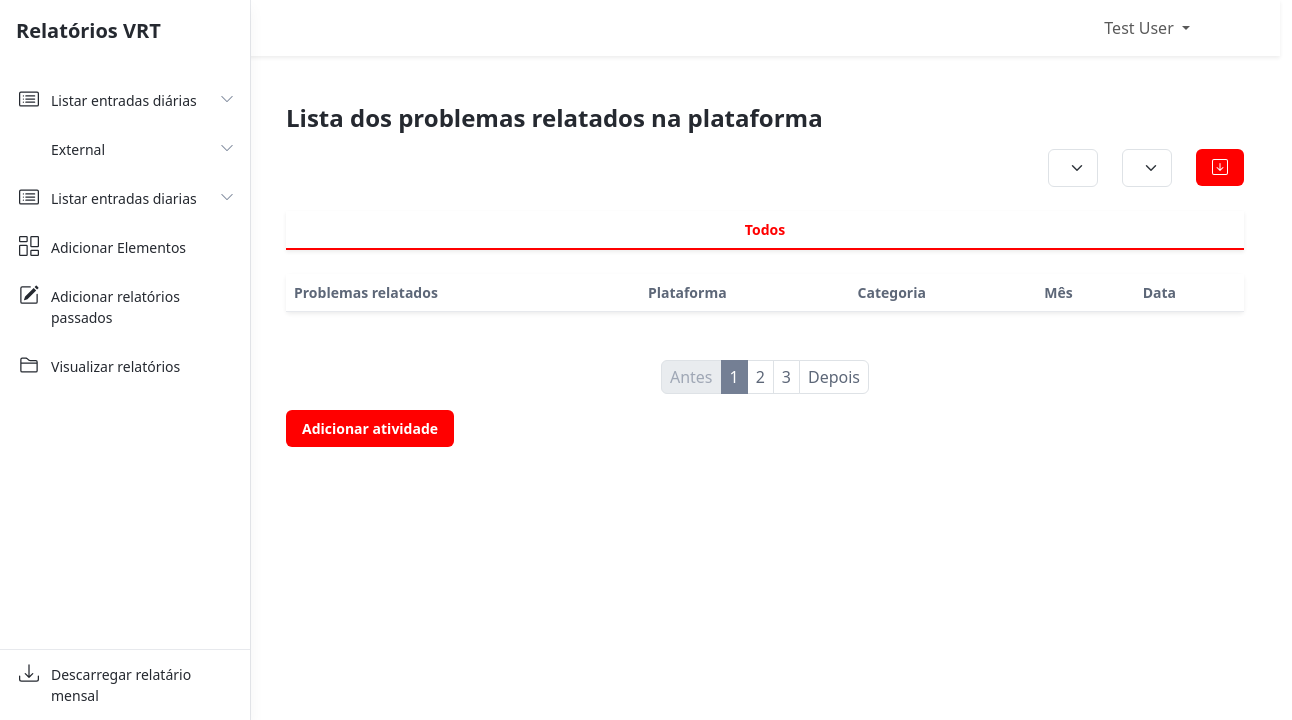
Repository: Yolanda-Marchone/Relatorios
Page: http://localhost/home
These files come from the project's save history. The page is drawn as it stood at one moment and after the next save; the edit follows.
The browser window is 1280 px wide. The page is 1292 px wide, so the pictures cover 1292 px, including what lies to the right of the window. The pictures show the whole page.
The page is served by the project's Laravel application, run on PHP 8.4 with Laravel 10. A made-up administrator, Test User (test@example.com), is signed in. Other server files are loaded and not shown. Style sheets and scripts are compiled from the project's sources, by tool versions that may differ from the author's. Queries for data that is not in the repository find no rows.

Above is the page before, as saved 2024-05-23 10:52:13.
Console error: TypeError: Cannot read properties of null (reading 'addEventListener')

### routes/web.php
<?php

use App\Models\Categorias;
use App\Models\Mes;
use App\Models\Rela_plataforma;
use App\Models\Relatorio_mensal;
use App\Models\User;
use Barryvdh\DomPDF\Facade\Pdf;
use GuzzleHttp\Psr7\Request;
use Illuminate\Support\Facades\Route;
use Dompdf\Dompdf;
use Dompdf\Options;

/*
|--------------------------------------------------------------------------
| Web Routes
|--------------------------------------------------------------------------
|
| Here is where you can register web routes for your application. These
| routes are loaded by the RouteServiceProvider and all of them will
| be assigned to the "web" middleware group. Make something great!
|
*/

Route::get('/', function () {
    return view('welcome');
});




Auth::routes();

Route::get('/home', [App\Http\Controllers\PlataformaController::class, 'exibir_dados_plataforma'])->name('layouts/plataforma')->middleware('auth');

Route::get('/lista_plataforma', [App\Http\Controllers\PlataformaController::class, 'exibir_dados_plataforma'])->name('layouts/plataforma')->middleware('auth');

Route::get('/lista_atividades', [App\Http\Controllers\AtividadesController::class, 'exibir_dados_atividade'])->name('layouts/atividade')->middleware('auth');

Route::get('/atividades', [App\Http\Controllers\AtividadesController::class, 'exibir_dados'])->name('layouts/cadastraratividade')->middleware('auth');

Route::get('/plataforma', [App\Http\Controllers\PlataformaController::class, 'exibir_dados'])->name('layouts/cadastrarplataforma')->middleware('auth');

Route::post('/submeter_plataformas', [App\Http\Controllers\PlataformaController::class, 'criar_relatorio_plataforma'])->name('layouts/plataforma');

Route::post('/submeter_atividades', [\App\Http\Controllers\AtividadesController::class, 'criar_relatorio_atividade'])->name('layouts/atividades');

Route::get('/gerarpdf', [\App\Http\Controllers\AtividadesController::class, 'download']);

Route::get('/selecionarmes', [\App\Http\Controllers\AtividadesController::class, 'selectmes'])->name('layouts/pdfatividades');

Route::get('/testeview', [App\Http\Controllers\AtividadesController::class, 'teste'])->name('layouts/relatorio_PDF')->middleware('auth');

Route::get('/pdf', [App\Http\Controllers\PlataformaController::class, 'pdf']);

Route::get('/adicionar', [App\Http\Controllers\PlataformaController::class, 'adicionar_elementos'])->name('layouts/adicionar_elementos')->middleware('auth');

Route::post('/submeter_categoria', [App\Http\Controllers\PlataformaController::class, 'criar_categoria'])->name('layouts/plataforma');

Route::post('/submeter_plataforma', [App\Http\Controllers\PlataformaController::class, 'criar_plataforma'])->name('layouts/plataforma');

Route::post('/submeter_estado', [\App\Http\Controllers\AtividadesController::class, 'criar_estado'])->name('layouts/atividades');

Route::post('/submeter_solicitante', [\App\Http\Controllers\AtividadesController::class, 'criar_solicitante'])->name('layouts/atividades');

Route::get('/editar_atividades/{id}', [\App\Http\Controllers\AtividadesController::class, 'editarAtividade'])->name('layouts/editaratividades');

Route::put('/salvar_atividades/{id}', [\App\Http\Controllers\AtividadesController::class, 'editar_atividade'])->name('layouts/atividades');

Route::delete('/apagar_atividades/{id}', [\App\Http\Controllers\AtividadesController::class, 'excluir_atividade'])->name('layouts/atividades');

Route::get('/editar_plataforma/{id}', [\App\Http\Controllers\PlataformaController::class, 'editarPlataforma'])->name('layouts/editarplataforma');

Route::put('/salvar_plataforma/{id}', [\App\Http\Controllers\PlataformaController::class, 'editar_plataforma'])->name('layouts/plataforma');

Route::delete('/apagar_plataforma/{id}', [\App\Http\Controllers\PlataformaController::class, 'excluir_plataforma'])->name('layouts/plataforma');


Route:: get ('/3', function(){
$pdf= Pdf::loadView('layouts\teste');
return $pdf->download('teste.pdf');

});




Route::get('/gerar-pdf', function () {
    // Cria uma instância do Dompdf com opções padrão
    $dompdf= new Dompdf ();


    // Renderiza a view em HTML
    $html = view('layouts\teste')->render();

    // Carrega o HTML no Dompdf
    $dompdf->loadHtml($html);

    // Define o tamanho do papel e a orientação
    $dompdf->setPaper('A4', 'portrait');

    // Renderiza o PDF
    $dompdf->render();

    // Saída do PDF
    return $dompdf->stream('relatorio.pdf');
});

### app/Models/User.php
<?php

namespace App\Models;

// use Illuminate\Contracts\Auth\MustVerifyEmail;
use Illuminate\Database\Eloquent\Factories\HasFactory;
use Illuminate\Foundation\Auth\User as Authenticatable;
use Illuminate\Notifications\Notifiable;
use Laravel\Sanctum\HasApiTokens;

class User extends Authenticatable
{
    use HasApiTokens, HasFactory, Notifiable;

    /**
     * The attributes that are mass assignable.
     *
     * @var array<int, string>
     */
    protected $fillable = [
        'name',
        'email',
        'password',
    ];

    /**
     * The attributes that should be hidden for serialization.
     *
     * @var array<int, string>
     */
    protected $hidden = [
        'password',
        'remember_token',
    ];

    /**
     * The attributes that should be cast.
     *
     * @var array<string, string>
     */
    protected $casts = [
        'email_verified_at' => 'datetime',
        'password' => 'hashed',
    ];



    public function relatorio_mensal()
    {
        return $this->hasMany(Relatorio_mensal::class);

    }


}

### app/Models/Relatorio_mensal.php
<?php

namespace App\Models;

use Illuminate\Database\Eloquent\Factories\HasFactory;
use Illuminate\Database\Eloquent\Model;

class Relatorio_mensal extends Model
{
    use HasFactory;
    protected $table = 'relatorio_mensal';
    protected $fillable = ['id', 'ano', 'id_mes', 'id_plataforma', 'id_usuario', 'id_categoria', 'descricao','disponibilidade'];


    public function meses()
{
    return $this->belongsTo(Mes::class, 'id_mes');
}

public function plataformas()
{
    return $this->belongsTo(Plataformas::class, 'id_plataforma');
}
public function categorias()
{
    return $this->belongsTo(Categorias::class, 'id_categoria');
}

public function usuarios()
{
    return $this->belongsTo(User::class, 'id_usuario');
}

}

### resources/views/layouts/app.blade.php
<!doctype html>
<html lang="{{ str_replace('_', '-', app()->getLocale()) }}">
<head>
    <meta charset="utf-8">
    <meta name="viewport" content="width=device-width, initial-scale=1">

    <!-- CSRF Token -->
    <meta name="csrf-token" content="{{ csrf_token() }}">

    <title>Relatórios</title>

    <!-- Fonts -->
    <link rel="dns-prefetch" href="//fonts.bunny.net">
    <script defer src="resources/js/all.min.js"></script>
    <link id="theme-style" rel="stylesheet" href="resources/css/ap.css">

    <!-- Scripts -->
@vite(['resources/css/ap.css', 'resources/js/app.js'])

</head>
<body>
    <div id="app">

        <nav class="navbar navbar-expand-md navbar-light bg-white shadow-sm">
            <div class="container">
                <a class="navbar-brand" href="{{ url('/') }}">

                </a>
                <button class="navbar-toggler" type="button" data-bs-toggle="collapse" data-bs-target="#navbarSupportedContent" aria-controls="navbarSupportedContent" aria-expanded="false" aria-label="{{ __('Toggle navigation') }}">
                    <span class="navbar-toggler-icon"></span>
                </button>

                <div class="collapse navbar-collapse" id="navbarSupportedContent">
                    <!-- Left Side Of Navbar -->
                    <ul class="navbar-nav me-auto">

                    </ul>

                    <!-- Right Side Of Navbar -->
                    <ul class="navbar-nav ms-auto">
                        <!-- Authentication Links -->
                        @guest
                            @if (Route::has('login'))
                                <li class="nav-item">
                                    <a class="nav-link" href="{{ route('login') }}">{{ __('Entrar') }}</a>
                                </li>
                            @endif

                            @if (Route::has('register'))
                                <li class="nav-item">
                                    <a class="nav-link" href="{{ route('register') }}">{{ __('Cadastrar') }}</a>
                                </li>
                            @endif
                        @else
                            <li class="nav-item dropdown">
                                <a id="navbarDropdown" class="nav-link dropdown-toggle" href="#" role="button" data-bs-toggle="dropdown" aria-haspopup="true" aria-expanded="false" v-pre>
                                    {{ Auth::user()->name }}
                                </a>

                                <div class="dropdown-menu dropdown-menu-end" aria-labelledby="navbarDropdown">
                                    <a class="dropdown-item" href="{{ route('logout') }}"
                                       onclick="event.preventDefault();
                                                     document.getElementById('logout-form').submit();">
                                        {{ __('Sair') }}
                                    </a>

                                    <form id="logout-form" action="{{ route('logout') }}" method="POST" class="d-none">
                                        @csrf
                                    </form>
                                </div>
                            </li>
                        @endguest
                    </ul>
                </div>
            </div>

        </nav>


        <div id="app-sidepanel" class="app-sidepanel">
	        <div id="sidepanel-drop" class="sidepanel-drop"></div>
	        <div class="sidepanel-inner d-flex flex-column">
		        <a href="#" id="sidepanel-close" class="sidepanel-close d-xl-none">&times;</a>
		        <div class="app-branding">
		            <a class="app-logo" href="{{ url('/') }}"><span class="logo-text">Relatórios VRT</span></a>

		        </div><!--//app-branding-->


			    <nav id="app-nav-main" class="app-nav app-nav-main flex-grow-1">
				    <ul class="app-menu list-unstyled accordion" id="menu-accordion">

                    <li class="nav-item has-submenu">
					        <!--//Bootstrap Icons: https://icons.getbootstrap.com/ -->
					        <a class="nav-link submenu-toggle" href="#" data-bs-toggle="collapse" data-bs-target="#submenu-1" aria-expanded="false" aria-controls="submenu-1">
						        <span class="nav-icon">
                                <svg width="1em" height="1em" viewBox="0 0 16 16" class="bi bi-card-list" fill="currentColor" xmlns="http://www.w3.org/2000/svg">
  <path fill-rule="evenodd" d="M14.5 3h-13a.5.5 0 0 0-.5.5v9a.5.5 0 0 0 .5.5h13a.5.5 0 0 0 .5-.5v-9a.5.5 0 0 0-.5-.5zm-13-1A1.5 1.5 0 0 0 0 3.5v9A1.5 1.5 0 0 0 1.5 14h13a1.5 1.5 0 0 0 1.5-1.5v-9A1.5 1.5 0 0 0 14.5 2h-13z"/>
  <path fill-rule="evenodd" d="M5 8a.5.5 0 0 1 .5-.5h7a.5.5 0 0 1 0 1h-7A.5.5 0 0 1 5 8zm0-2.5a.5.5 0 0 1 .5-.5h7a.5.5 0 0 1 0 1h-7a.5.5 0 0 1-.5-.5zm0 5a.5.5 0 0 1 .5-.5h7a.5.5 0 0 1 0 1h-7a.5.5 0 0 1-.5-.5z"/>
  <circle cx="3.5" cy="5.5" r=".5"/>
  <circle cx="3.5" cy="8" r=".5"/>
  <circle cx="3.5" cy="10.5" r=".5"/></svg>
						         </span>
                                 <span class="nav-link-text">Listar entradas diárias</span>
		                         <span class="submenu-arrow">
		                             <svg width="1em" height="1em" viewBox="0 0 16 16" class="bi bi-chevron-down" fill="currentColor" xmlns="http://www.w3.org/2000/svg">
	  <path fill-rule="evenodd" d="M1.646 4.646a.5.5 0 0 1 .708 0L8 10.293l5.646-5.647a.5.5 0 0 1 .708.708l-6 6a.5.5 0 0 1-.708 0l-6-6a.5.5 0 0 1 0-.708z"/>
	</svg>
					        </a><!--//nav-link-->
					        <div id="submenu-1" class="collapse submenu submenu-1" data-bs-parent="#menu-accordion">
						        <ul class="submenu-list list-unstyled">
                                <li class="submenu-item"><a class="submenu-link" href="{{ url('/lista_atividades') }}">Atividades</a></li>
							    <li class="submenu-item"><a class="submenu-link" href="{{ url('/lista_plataforma') }}">Plataforma</a></li>
						        </ul>
					        </div>
					    </li>
					    <li class="nav-item has-submenu">

					        <a class="nav-link submenu-toggle" href="#" data-bs-toggle="collapse" data-bs-target="#submenu-2" aria-expanded="false" aria-controls="submenu-2">
						        <span class="nav-icon">

						         </span>
		                         <span class="nav-link-text">External</span>
		                         <span class="submenu-arrow">
		                             <svg width="1em" height="1em" viewBox="0 0 16 16" class="bi bi-chevron-down" fill="currentColor" xmlns="http://www.w3.org/2000/svg">
	  <path fill-rule="evenodd" d="M1.646 4.646a.5.5 0 0 1 .708 0L8 10.293l5.646-5.647a.5.5 0 0 1 .708.708l-6 6a.5.5 0 0 1-.708 0l-6-6a.5.5 0 0 1 0-.708z"/>
	</svg>
	                             </span>
					        </a>
					        <div id="submenu-2" class="collapse submenu submenu-2" data-bs-parent="#menu-accordion">
						        <ul class="submenu-list list-unstyled">
                                <li class="submenu-item"><a class="submenu-link" href="{{ url('/lista_atividades') }}">Atividades</a></li>
							    <li class="submenu-item"><a class="submenu-link" href="{{ url('/lista_plataforma') }}">Plataforma</a></li>
						        </ul>
					        </div>
					    </li><!--//nav-item-->
               <li class="nav-item has-submenu">
					        <!--//Bootstrap Icons: https://icons.getbootstrap.com/ -->
					        <a class="nav-link submenu-toggle" href="#" data-bs-toggle="collapse" data-bs-target="#submenu-2" aria-expanded="false" aria-controls="submenu-2">
						        <span class="nav-icon">
						        <!--//Bootstrap Icons: https://icons.getbootstrap.com/ -->
			        <svg width="1em" height="1em" viewBox="0 0 16 16" class="bi bi-card-list" fill="currentColor" xmlns="http://www.w3.org/2000/svg">
  <path fill-rule="evenodd" d="M14.5 3h-13a.5.5 0 0 0-.5.5v9a.5.5 0 0 0 .5.5h13a.5.5 0 0 0 .5-.5v-9a.5.5 0 0 0-.5-.5zm-13-1A1.5 1.5 0 0 0 0 3.5v9A1.5 1.5 0 0 0 1.5 14h13a1.5 1.5 0 0 0 1.5-1.5v-9A1.5 1.5 0 0 0 14.5 2h-13z"/>
  <path fill-rule="evenodd" d="M5 8a.5.5 0 0 1 .5-.5h7a.5.5 0 0 1 0 1h-7A.5.5 0 0 1 5 8zm0-2.5a.5.5 0 0 1 .5-.5h7a.5.5 0 0 1 0 1h-7a.5.5 0 0 1-.5-.5zm0 5a.5.5 0 0 1 .5-.5h7a.5.5 0 0 1 0 1h-7a.5.5 0 0 1-.5-.5z"/>
  <circle cx="3.5" cy="5.5" r=".5"/>
  <circle cx="3.5" cy="8" r=".5"/>
  <circle cx="3.5" cy="10.5" r=".5"/>
</svg>
						         </span>
		                         <span class="nav-link-text">Listar entradas diarias</span>
		                         <span class="submenu-arrow">
		                             <svg width="1em" height="1em" viewBox="0 0 16 16" class="bi bi-chevron-down" fill="currentColor" xmlns="http://www.w3.org/2000/svg">
	  <path fill-rule="evenodd" d="M1.646 4.646a.5.5 0 0 1 .708 0L8 10.293l5.646-5.647a.5.5 0 0 1 .708.708l-6 6a.5.5 0 0 1-.708 0l-6-6a.5.5 0 0 1 0-.708z"/>
	</svg>
	                             </span><!--//submenu-arrow-->
					        </a><!--//nav-link-->
					        <div id="submenu-1" class="collapse submenu submenu-1" data-bs-parent="#menu-accordion">
						        <ul class="submenu-list list-unstyled">
							        <li class="submenu-item"><a class="submenu-link" href="{{ url('/lista_atividades') }}">Atividades</a></li>
							        <li class="submenu-item"><a class="submenu-link" href="{{ url('/lista_plataforma') }}">Plataforma</a></li>
						        </ul>
					        </div>
					    </li><!--//nav-item-->

                        <li class="nav-item">
					        <!--//Bootstrap Icons: https://icons.getbootstrap.com/ -->
					        <a class="nav-link" href="{{ url('/adicionar') }}">
						        <span class="nav-icon">
                                <svg width="1em" height="1em" viewBox="0 0 16 16" class="bi bi-columns-gap" fill="currentColor" xmlns="http://www.w3.org/2000/svg">
	  <path fill-rule="evenodd" d="M6 1H1v3h5V1zM1 0a1 1 0 0 0-1 1v3a1 1 0 0 0 1 1h5a1 1 0 0 0 1-1V1a1 1 0 0 0-1-1H1zm14 12h-5v3h5v-3zm-5-1a1 1 0 0 0-1 1v3a1 1 0 0 0 1 1h5a1 1 0 0 0 1-1v-3a1 1 0 0 0-1-1h-5zM6 8H1v7h5V8zM1 7a1 1 0 0 0-1 1v7a1 1 0 0 0 1 1h5a1 1 0 0 0 1-1V8a1 1 0 0 0-1-1H1zm14-6h-5v7h5V1zm-5-1a1 1 0 0 0-1 1v7a1 1 0 0 0 1 1h5a1 1 0 0 0 1-1V1a1 1 0 0 0-1-1h-5z"/>
	</svg>

</svg>
						         </span>
		                         <span class="nav-link-text">Adicionar Elementos</span>

					        </a><!--//nav-link-->
					    </li><!--//nav-item-->

                        <li class="nav-item">
					        <!--//Bootstrap Icons: https://icons.getbootstrap.com/ -->
					        <a class="nav-link" href="{{ url('/adicionar') }}">
						        <span class="nav-icon">
                                <svg xmlns="http://www.w3.org/2000/svg" width="16" height="16" fill="currentColor" class="bi bi-pencil-square" viewBox="0 0 16 16">
  <path d="M15.502 1.94a.5.5 0 0 1 0 .706L14.459 3.69l-2-2L13.502.646a.5.5 0 0 1 .707 0l1.293 1.293zm-1.75 2.456-2-2L4.939 9.21a.5.5 0 0 0-.121.196l-.805 2.414a.25.25 0 0 0 .316.316l2.414-.805a.5.5 0 0 0 .196-.12l6.813-6.814z"/>
  <path fill-rule="evenodd" d="M1 13.5A1.5 1.5 0 0 0 2.5 15h11a1.5 1.5 0 0 0 1.5-1.5v-6a.5.5 0 0 0-1 0v6a.5.5 0 0 1-.5.5h-11a.5.5 0 0 1-.5-.5v-11a.5.5 0 0 1 .5-.5H9a.5.5 0 0 0 0-1H2.5A1.5 1.5 0 0 0 1 2.5z"/>
</svg>
</svg>
						         </span>
                                 <span class="nav-link-text">Adicionar relatórios passados</span>

					        </a><!--//nav-link-->
                            <div id="submenu-2" class="collapse submenu submenu-2" data-bs-parent="#menu-accordion">
						        <ul class="submenu-list list-unstyled">
							        <li class="submenu-item"><a class="submenu-link" href="{{ url('/lista_atividades') }}">Atividades</a></li>
							        <li class="submenu-item"><a class="submenu-link" href="{{ url('/lista_plataforma') }}">Plataforma</a></li>
						        </ul>
					        </div>
					    </li><!--//nav-item-->           <li class="nav-item">
					        <!--//Bootstrap Icons: https://icons.getbootstrap.com/ -->
					        <a class="nav-link" href="{{ url('/adicionar') }}">
						        <span class="nav-icon">
                                <svg xmlns="http://www.w3.org/2000/svg" width="16" height="16" fill="currentColor" class="bi bi-folder2" viewBox="0 0 16 16">
  <path d="M1 3.5A1.5 1.5 0 0 1 2.5 2h2.764c.958 0 1.76.56 2.311 1.184C7.985 3.648 8.48 4 9 4h4.5A1.5 1.5 0 0 1 15 5.5v7a1.5 1.5 0 0 1-1.5 1.5h-11A1.5 1.5 0 0 1 1 12.5zM2.5 3a.5.5 0 0 0-.5.5V6h12v-.5a.5.5 0 0 0-.5-.5H9c-.964 0-1.71-.629-2.174-1.154C6.374 3.334 5.82 3 5.264 3zM14 7H2v5.5a.5.5 0 0 0 .5.5h11a.5.5 0 0 0 .5-.5z"/>
</svg>

</svg>
						         </span>

                                 <span class="nav-link-text">Visualizar relatórios</span>
					        </a><!--//nav-link-->
					    </li><!--//nav-item-->



					        </a><!--//nav-link-->
					    </li><!--//nav-item-->
				    </ul><!--//app-menu-->
			    </nav><!--//app-nav-->



			    <div class="app-sidepanel-footer">
				    <nav class="app-nav app-nav-footer">
					    <ul class="app-menu footer-menu list-unstyled">
						   <li class="nav-item">
						        <!--//Bootstrap Icons: https://icons.getbootstrap.com/ -->
						        <a class="nav-link" href="/lista_plataforma">
							        <span class="nav-icon">
							            <svg width="1em" height="1em" viewBox="0 0 16 16" class="bi bi-download" fill="currentColor" xmlns="http://www.w3.org/2000/svg">
	  <path fill-rule="evenodd" d="M.5 9.9a.5.5 0 0 1 .5.5v2.5a1 1 0 0 0 1 1h12a1 1 0 0 0 1-1v-2.5a.5.5 0 0 1 1 0v2.5a2 2 0 0 1-2 2H2a2 2 0 0 1-2-2v-2.5a.5.5 0 0 1 .5-.5z"/>
	  <path fill-rule="evenodd" d="M7.646 11.854a.5.5 0 0 0 .708 0l3-3a.5.5 0 0 0-.708-.708L8.5 10.293V1.5a.5.5 0 0 0-1 0v8.793L5.354 8.146a.5.5 0 1 0-.708.708l3 3z"/>
	</svg>
							        </span>
			                        <span class="nav-link-text">Descarregar relatário mensal</span>
						        </a><!--//nav-link-->
						    </li><!--//nav-item-->


					    </ul><!--//footer-menu-->
				    </nav>
			    </div><!--//app-sidepanel-footer-->

	        </div><!--//sidepanel-inner-->
	    </div><!--//app-sidepanel-->

        <main class="py-4">
            @yield('content')
        </main>
    </div>
</body>
</html>

Loaded but not shown: app/Http/Controllers/Auth/ConfirmPasswordController.php (common file); app/Http/Controllers/Controller.php (common file); resources/css/ap.css (library); app/Http/Controllers/PlataformaController.php (427 lines, source omitted); resources/views/layouts/plataforma.blade.php (222 lines, source omitted)

After the next save:
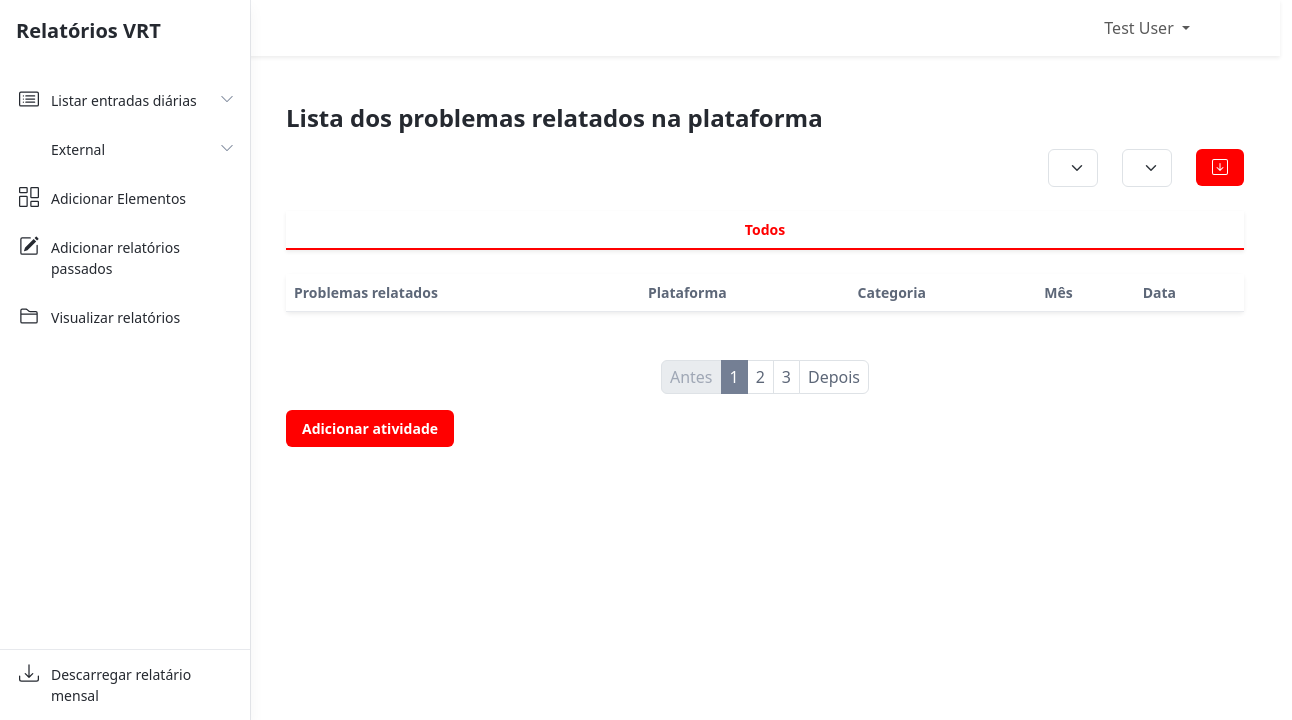
Saved 54 s later.
--- a/resources/views/layouts/app.blade.php
+++ b/resources/views/layouts/app.blade.php
@@ -134,33 +134,6 @@
 						        </ul>
 					        </div>
 					    </li><!--//nav-item-->
-               <li class="nav-item has-submenu">
-					        <!--//Bootstrap Icons: https://icons.getbootstrap.com/ -->
-					        <a class="nav-link submenu-toggle" href="#" data-bs-toggle="collapse" data-bs-target="#submenu-2" aria-expanded="false" aria-controls="submenu-2">
-						        <span class="nav-icon">
-						        <!--//Bootstrap Icons: https://icons.getbootstrap.com/ -->
-			        <svg width="1em" height="1em" viewBox="0 0 16 16" class="bi bi-card-list" fill="currentColor" xmlns="http://www.w3.org/2000/svg">
-  <path fill-rule="evenodd" d="M14.5 3h-13a.5.5 0 0 0-.5.5v9a.5.5 0 0 0 .5.5h13a.5.5 0 0 0 .5-.5v-9a.5.5 0 0 0-.5-.5zm-13-1A1.5 1.5 0 0 0 0 3.5v9A1.5 1.5 0 0 0 1.5 14h13a1.5 1.5 0 0 0 1.5-1.5v-9A1.5 1.5 0 0 0 14.5 2h-13z"/>
-  <path fill-rule="evenodd" d="M5 8a.5.5 0 0 1 .5-.5h7a.5.5 0 0 1 0 1h-7A.5.5 0 0 1 5 8zm0-2.5a.5.5 0 0 1 .5-.5h7a.5.5 0 0 1 0 1h-7a.5.5 0 0 1-.5-.5zm0 5a.5.5 0 0 1 .5-.5h7a.5.5 0 0 1 0 1h-7a.5.5 0 0 1-.5-.5z"/>
-  <circle cx="3.5" cy="5.5" r=".5"/>
-  <circle cx="3.5" cy="8" r=".5"/>
-  <circle cx="3.5" cy="10.5" r=".5"/>
-</svg>
-						         </span>
-		                         <span class="nav-link-text">Listar entradas diarias</span>
-		                         <span class="submenu-arrow">
-		                             <svg width="1em" height="1em" viewBox="0 0 16 16" class="bi bi-chevron-down" fill="currentColor" xmlns="http://www.w3.org/2000/svg">
-	  <path fill-rule="evenodd" d="M1.646 4.646a.5.5 0 0 1 .708 0L8 10.293l5.646-5.647a.5.5 0 0 1 .708.708l-6 6a.5.5 0 0 1-.708 0l-6-6a.5.5 0 0 1 0-.708z"/>
-	</svg>
-	                             </span><!--//submenu-arrow-->
-					        </a><!--//nav-link-->
-					        <div id="submenu-1" class="collapse submenu submenu-1" data-bs-parent="#menu-accordion">
-						        <ul class="submenu-list list-unstyled">
-							        <li class="submenu-item"><a class="submenu-link" href="{{ url('/lista_atividades') }}">Atividades</a></li>
-							        <li class="submenu-item"><a class="submenu-link" href="{{ url('/lista_plataforma') }}">Plataforma</a></li>
-						        </ul>
-					        </div>
-					    </li><!--//nav-item-->
 
                         <li class="nav-item">
 					        <!--//Bootstrap Icons: https://icons.getbootstrap.com/ -->
